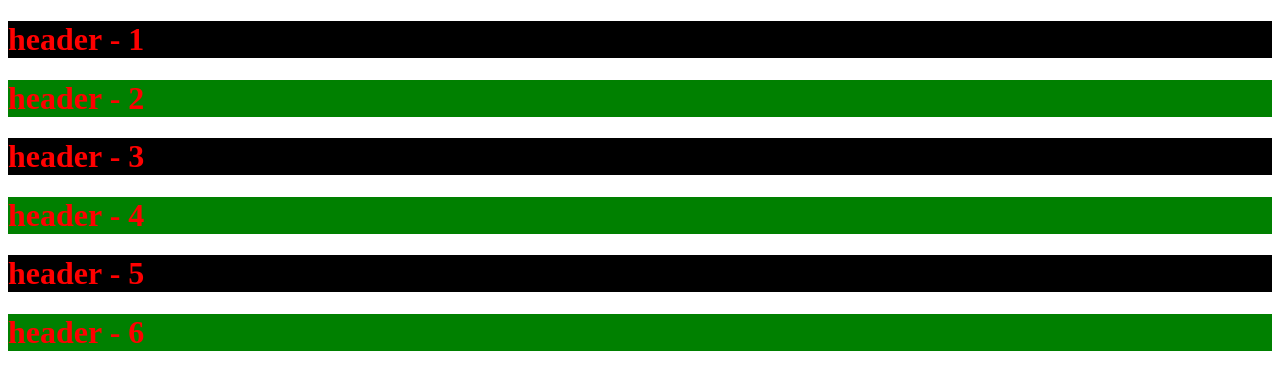
Repository: Junhee1412/front_end_practice
Page: jquery, bootstrap/js01_jquery/public/js10_filter.html
These files come from the project's save history. The page is drawn as it stood at one moment and after the next save; the edit follows.
The browser window is 1280 px wide. The pictures show the whole page.

Above is the page before, as saved 2022-11-14 06:13:41.
Console error (its wording comes from the project's code and is left out).

### jquery, bootstrap/js01_jquery/public/js10_filter.html
<!DOCTYPE html>
<html>
<head>
	<meta charset="UTF-8">
	<title>Insert title here</title>
		<script src="https://code.jquery.com/jquery-3.6.0.min.js"
    	integrity="sha256-/xUj+3OJU5yExlq6GSYGSHk7tPXikynS7ogEvDej/m4="
    	crossorigin="anonymous"></script>
	<script>
		$(function(){
		//$('h1').filter().css()
		$('h1').filter(':even').css({color:'red', background:'black'});
		$('h1').filter(':odd').css({color:'red', background:'green'});
		$('h1').filter(':3n').css({color:'white', background:'mediumseagreen'});
		});
		//실습1. 홀수 폰트색상 red, 배경 green
		//실습2. 3개씩 건너서 폰트색상 white, 배경 mediumseagreen 인덱스 전달받아서 나머지 연산
	</script>
</head>
<body>
	<h1>header - 1</h1>
	<h1>header - 2</h1>
	<h1>header - 3</h1>
	<h1>header - 4</h1>
	<h1>header - 5</h1>
	<h1>header - 6</h1>
</body>
</html>

After the next save:
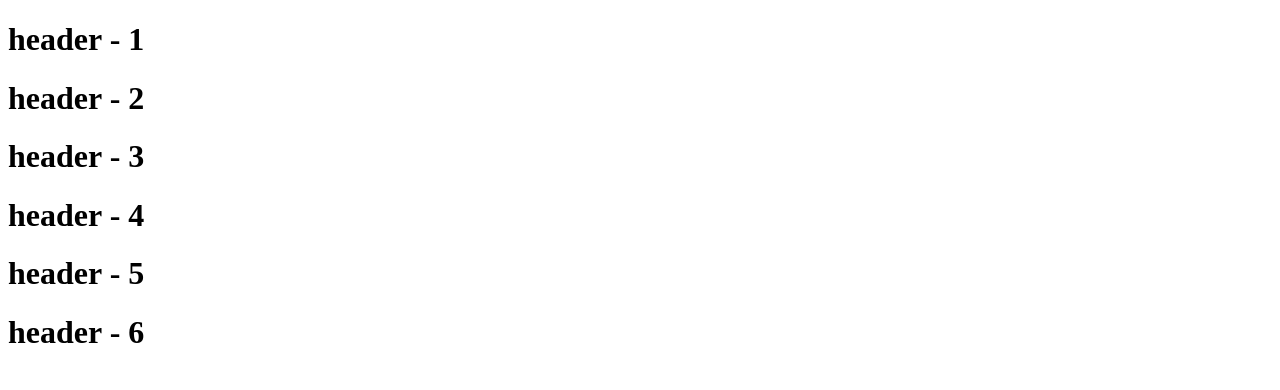
Console error: SyntaxError: Unexpected token ')'
Saved 56 s later.
--- a/jquery, bootstrap/js01_jquery/public/js10_filter.html
+++ b/jquery, bootstrap/js01_jquery/public/js10_filter.html
@@ -11,7 +11,7 @@
 		//$('h1').filter().css()
 		$('h1').filter(':even').css({color:'red', background:'black'});
 		$('h1').filter(':odd').css({color:'red', background:'green'});
-		$('h1').filter(':3n').css({color:'white', background:'mediumseagreen'});
+		$('h1').each(function(index, item)).css({color:'white', background:'mediumseagreen'});
 		});
 		//실습1. 홀수 폰트색상 red, 배경 green
 		//실습2. 3개씩 건너서 폰트색상 white, 배경 mediumseagreen 인덱스 전달받아서 나머지 연산

After the save that followed:
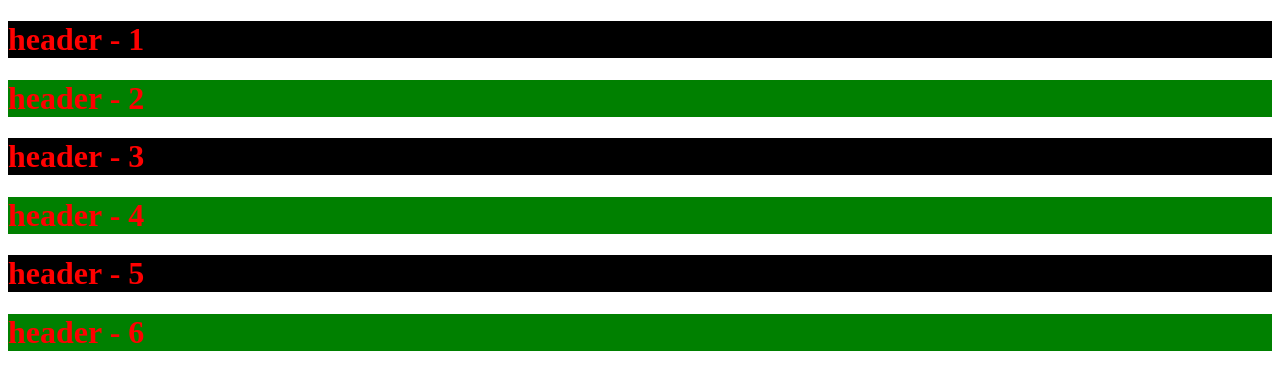
The error is gone.
Saved 10 s later.
--- a/jquery, bootstrap/js01_jquery/public/js10_filter.html
+++ b/jquery, bootstrap/js01_jquery/public/js10_filter.html
@@ -11,7 +11,6 @@
 		//$('h1').filter().css()
 		$('h1').filter(':even').css({color:'red', background:'black'});
 		$('h1').filter(':odd').css({color:'red', background:'green'});
-		$('h1').each(function(index, item)).css({color:'white', background:'mediumseagreen'});
 		});
 		//실습1. 홀수 폰트색상 red, 배경 green
 		//실습2. 3개씩 건너서 폰트색상 white, 배경 mediumseagreen 인덱스 전달받아서 나머지 연산
